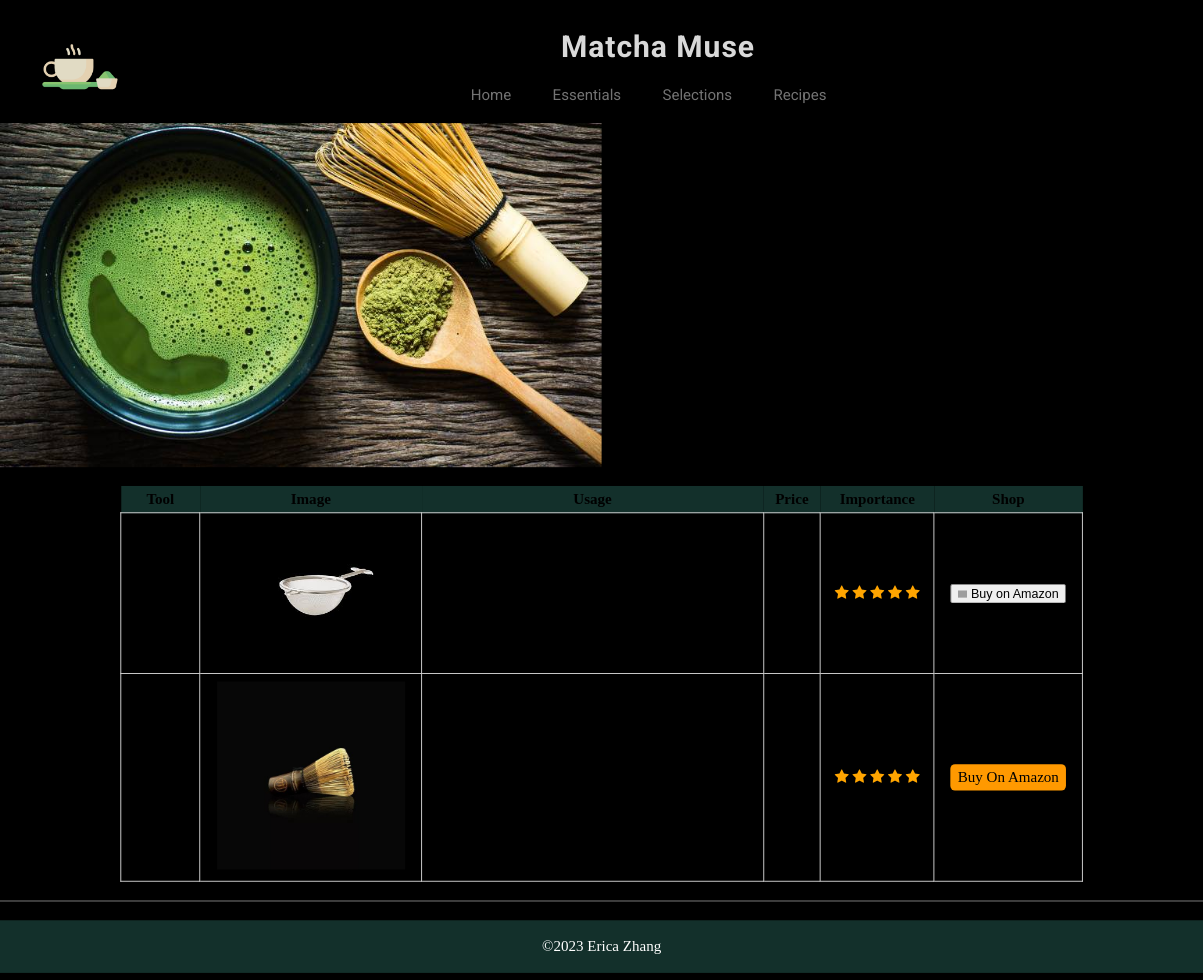
Repository: ericazz17/matchawebsite
Page: essentials.html
An editor plug-in stored every save of this project. The page is shown before and after the next save, followed by the edit.
The browser window is 1280 px wide. The pictures show the whole page, at 94% of full size.
Pictures or frames that could not be fetched are drawn as grey boxes.

Above is the page before, as saved 2023-09-26 04:49:26.

After the next save:
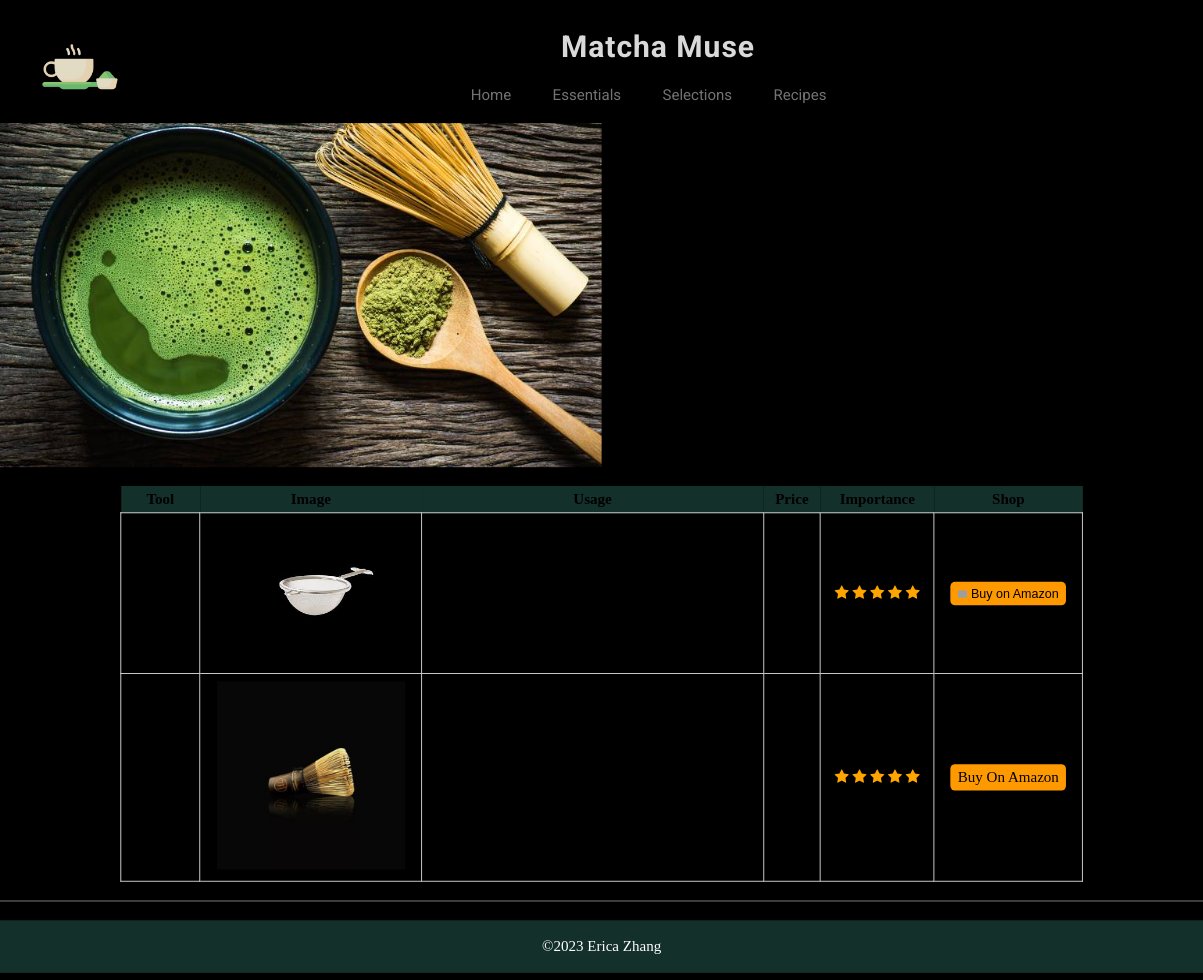
Saved 13 s later.
--- a/essentials.css
+++ b/essentials.css
@@ -234,7 +234,7 @@ footer {
     padding-left: 15%;
   }
 
-  a.buy-now-button {
+  .buy-now-button {
     background-color: #FF9900;
     padding: 5px 8px;
     text-decoration: none;
